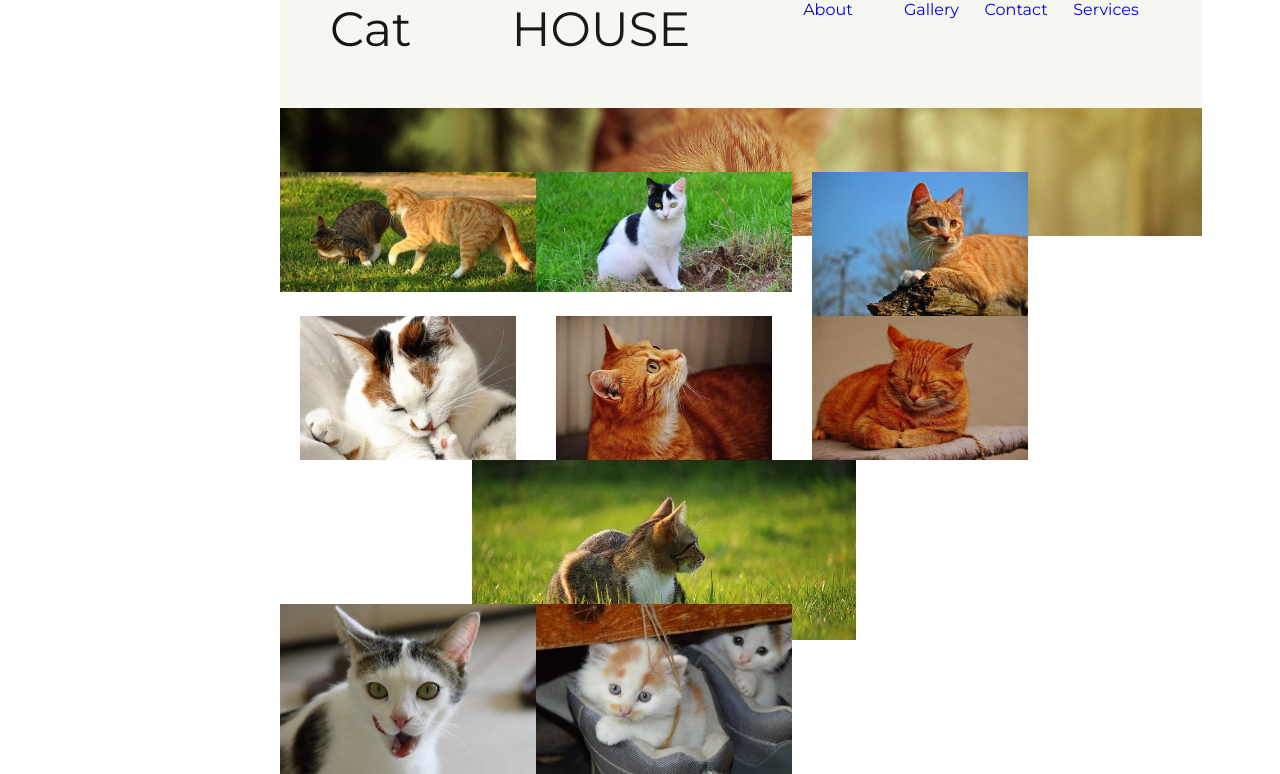
Repository: raul4264/final
Page: Gallery.html
The author's editor kept a copy of each file at every save. The page is drawn from the files as they stood at one save, then again after the next save.
The browser window is 1280 px wide. The pictures show the whole page.

Above is the page before, as saved 2021-03-22 13:45:48.

After the next save:
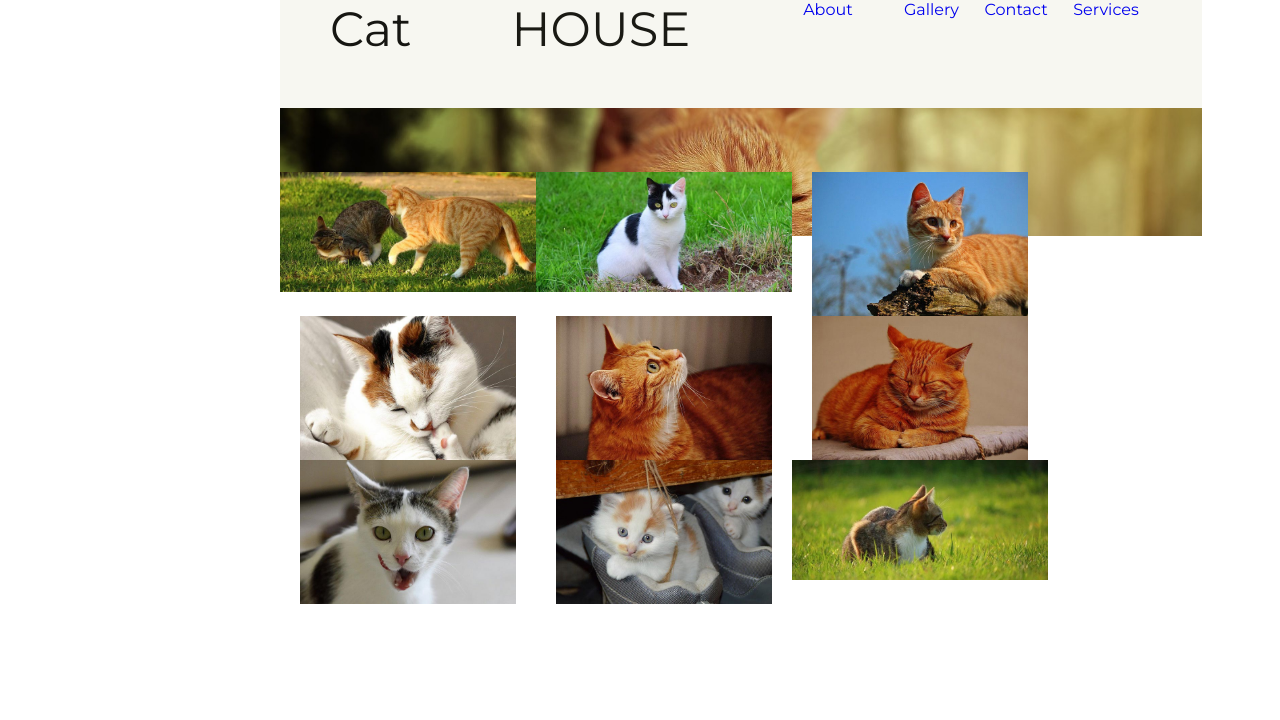
Saved 50 s later.
--- a/css/gallery.css
+++ b/css/gallery.css
@@ -107,20 +107,20 @@ main {
 }
 .uno{
     grid-column-start: 1;
-    grid-column-end: 4;
+    grid-column-end: 2;
     grid-row-start: 1;
     grid-row-end: 2;
     max-height: 25vh;
 }
 .uno{
-    grid-column-start: 1;
-    grid-column-end: 4;
+    grid-column-start: 2;
+    grid-column-end: 3;
     grid-row-start: 2;
     grid-row-end: 3;
     max-height: 25vh;
 }
 .uno{
-    grid-column-start: 1;
+    grid-column-start: 3;
     grid-column-end: 4;
     grid-row-start:3;
     grid-row-end: 4;
